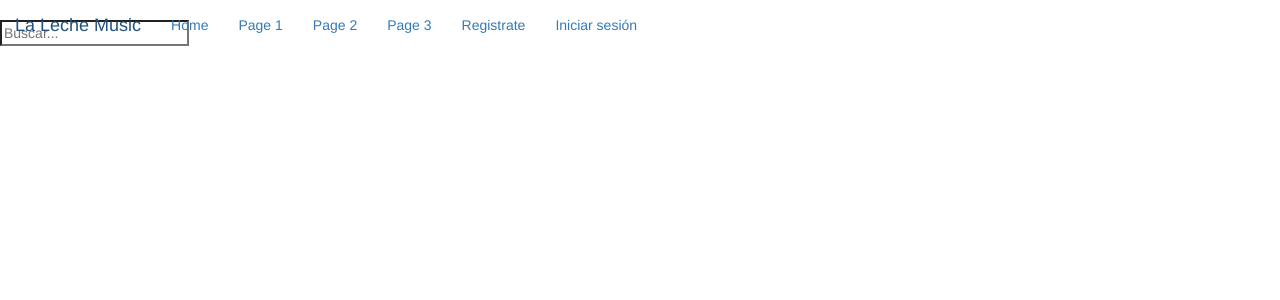
Repository: Jendoliver/proyecto_dam1-master
Page: source/html/homepage.html
The author's editor kept a record of every edit. The page is drawn from the files as they stood at one moment, then again after the next edit.
The browser window is 1280 px wide. The pictures show the whole page.
Some web libraries are served in a nearby version.

Above is the page before.

### source/html/homepage.html
<!DOCTYPE html>
<html lang="en">
<head>
	<meta charset="UTF-8">
	<title>Homepage</title>
	<meta name="viewport" content="width=device-width, initial-scale=1">
	<link rel="stylesheet" href="https://maxcdn.bootstrapcdn.com/bootstrap/3.3.7/css/bootstrap.min.css">
	<script src="https://ajax.googleapis.com/ajax/libs/jquery/3.1.1/jquery.min.js"></script>
	<script src="https://maxcdn.bootstrapcdn.com/bootstrap/3.3.7/js/bootstrap.min.js"></script>
</head>
<body>
	<header>
		<nav class="navbar navbar-fixed-top">
		  <div class="container-fluid">
		    <div class="navbar-header">
		      <a class="navbar-brand" href="#">La Leche Music</a>
		    </div>
		    <ul class="nav navbar-nav">
		      <li class="active"><a href="#">Home</a></li>
		      <li><a href="#">Page 1</a></li>
		      <li><a href="#">Page 2</a></li>
		      <li><a href="#">Page 3</a></li>

		      <li><a href="#">Registrate</a></li>
		      <li><a href="#">Iniciar sesión</a></li>
		    </ul>
		  </div>
		</nav>
		<div id="registros"></div>
	</header>
	<div id="logo"><img src="" alt=""></div>
	<div id="search"><input type="search" name="buscador" id="" placeholder="Buscar..."></div>

	<div id="img-bandas"> <img src=""></img></div>
	<div class="info">
		<div id="txt-bandas"></div>
		<div id="destacado-bandas"></div>
	</div>

	<div id="img-garitos"> <img src=""></img></div>
	<div class="info">
		<div id="txt-garitos"></div>
		<div id="destacado-garitos"></div>
	</div>

	<div id="img-bolos"> <img src=""></img></div>
	<div class="info">
		<div id="txt-bolos"></div>
		<div id="destacado-bolos"></div>
	</div>

	<div class="img-last"><img src="" alt=""></div>
	<div class="img-last"><img src="" alt=""></div>
	<div class="txt-last"></div>
	<div class="txt-last"></div>

	<div class="img-last-deux"><img src="" alt=""></div>
	<div class="txt-last-deux"></div>

	<div class="img-last-deux"><img src="" alt=""></div>
	<div class="txt-last-deux"></div>

	<div class="img-estilos"></div>
	<div class="center-estilos">
		<div id="estilos"></div>
		<div id="discover"></div>
	</div>
	<div class="img-estilos"></div>

	<footer>

	</footer>
</body>
</html><!--  header>(nav+div[id="registros"])^div[id="logo"]>img^div[id="search"]>(input:search[name="buscador" placeholder="Buscar..."]) -->

After the next edit:
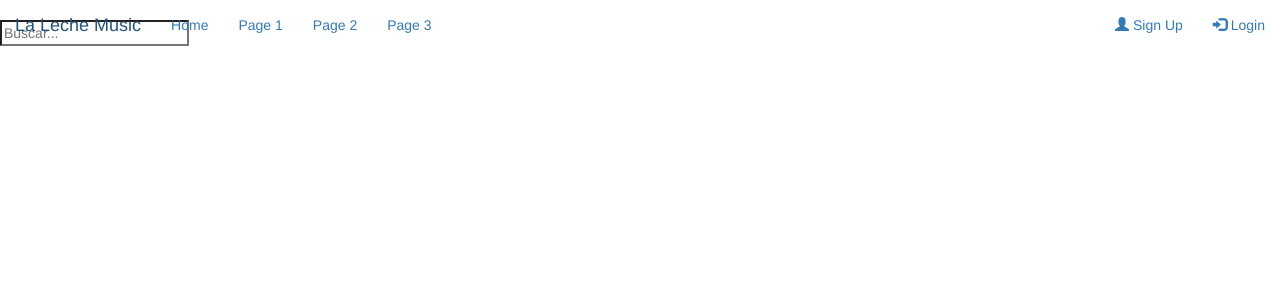
The edit:
--- a/source/html/homepage.html
+++ b/source/html/homepage.html
@@ -20,10 +20,11 @@
 		      <li><a href="#">Page 1</a></li>
 		      <li><a href="#">Page 2</a></li>
 		      <li><a href="#">Page 3</a></li>
-
-		      <li><a href="#">Registrate</a></li>
-		      <li><a href="#">Iniciar sesión</a></li>
 		    </ul>
+		    <ul class="nav navbar-nav navbar-right">
+			  <li><a href="#"><span class="glyphicon glyphicon-user"></span> Sign Up</a></li>
+			  <li><a href="#"><span class="glyphicon glyphicon-log-in"></span> Login</a></li>
+   			</ul>
 		  </div>
 		</nav>
 		<div id="registros"></div>
